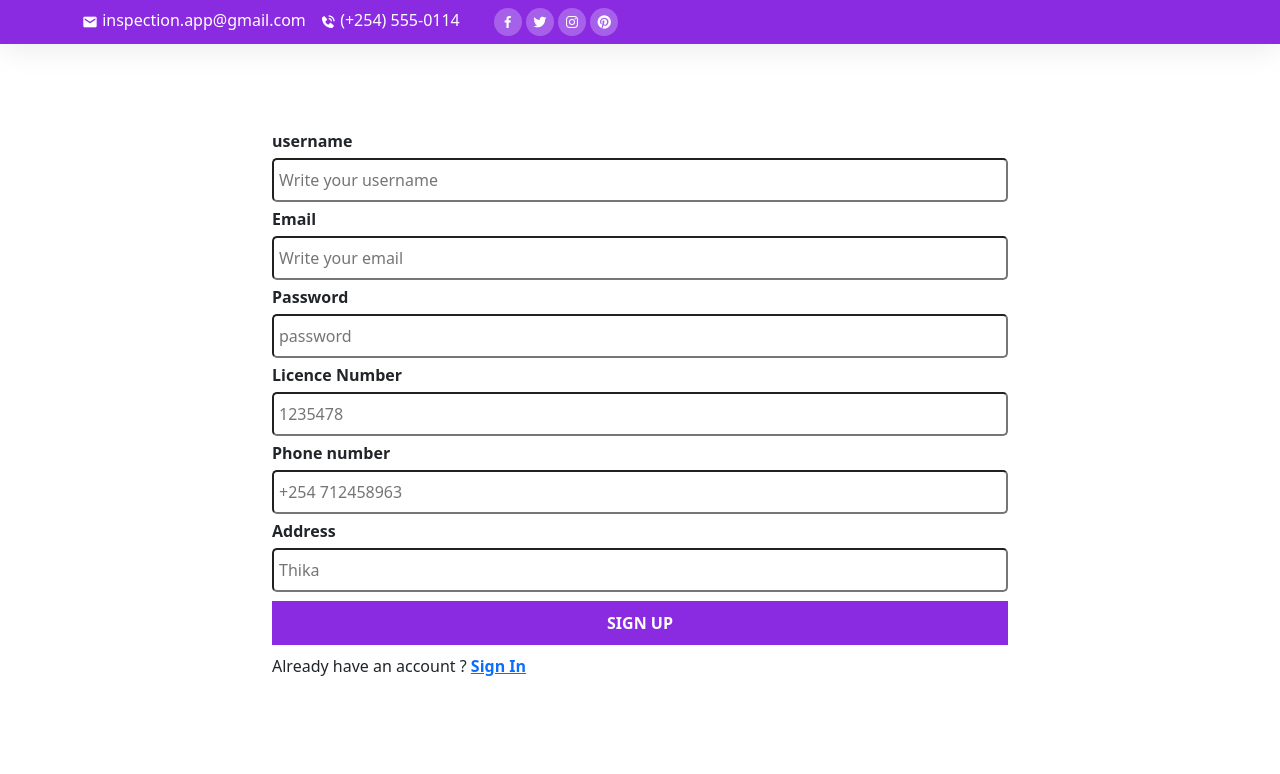
Repository: NDISHAW/Inspectionapp-rails
Page: public/signup.html
These files come from the project's save history. The page is drawn as it stood at one moment and after the next save; the edit follows.
The browser window is 1280 px wide. The pictures show the whole page.

Above is the page before, as saved 2022-10-09 04:18:48.

### public/signup.html
<!DOCTYPE html>
<html lang="en">
  <head>
    <meta charset="UTF-8" />
    <meta http-equiv="X-UA-Compatible" content="IE=edge" />
    <meta name="viewport" content="width=device-width, initial-scale=1.0" />
    <title>Sign up</title>
    <link rel="stylesheet" href="css/style.css">
    <link rel="stylesheet" href="css/bootstrap.min.css">
    <link rel="stylesheet" href="css/owl.carousel.min.css">
    <link rel="stylesheet" href="css/owl.theme.default.min.css">
    <link href='https://unpkg.com/boxicons@2.1.1/css/boxicons.min.css' rel='stylesheet'>

    <script src="/js/axios/dist/axios.min.js"></script>
  </head>
  <body data-bs-spy="scroll" data-bs-target=".navbar" data-bs-offset="70">


      <!-- TOP NAV -->
      <div class="top-nav navbar" id="home">
          <div class="container">
              <div class="row justify-content-between">
                  <div class="col-auto">
                      <p> <i class='bx bxs-envelope'></i> inspection.app@gmail.com</p>
                      <p> <i class='bx bxs-phone-call'></i> (+254) 555-0114</p>
                  </div>
                  <div class="col-auto social-icons">
                      <a href="#"><i class='bx bxl-facebook'></i></a>
                      <a href="#"><i class='bx bxl-twitter'></i></a>
                      <a href="#"><i class='bx bxl-instagram'></i></a>
                      <a href="#"><i class='bx bxl-pinterest'></i></a>
                  </div>
              </div>
          </div>
      </div>
    <section id="about">
      <div class="container">
    <div class="row justify-content-center">
      <div class="col-8">
      <!-- username  -->
      <div class="username">
        <label for="username">username</label>
        <input
          type="username"
          name="username"
          id="username"
          placeholder="Write your username"
        />
      </div>
      <!-- Email  -->
      <div class="email">
        <label for="email">Email</label>
        <input
          type="email"
          name="email"
          id="email"
          placeholder="Write your email"
        />
      </div>
      <!-- passWord -->
      <div class="pass">
        <label for="password">Password</label>
        <input
          type="password"
          name="password"
          id="password"
          placeholder="password"
        />
      </div>
      <!-- licence_no -->
      <div class="pass">
        <label for="licence_no">Licence Number</label>
        <input
          name="licence_no"
          id="licence_no"
          placeholder="1235478"
        />
      </div>

      <!-- phone -->
      <div class="pass">
        <label for="phone">Phone number</label>
        <input
          name="phone"
          id="phone"
          placeholder="+254 712458963"
        />
      </div>

      <!-- address -->
      <div class="pass">
        <label for="address">Address</label>
        <input
          type="address"
          name="address"
          id="address"
          placeholder="Thika"
        />
      </div>
      <!-- Rails button -->
      <!-- <button id="submit-btn" onclick="rails()">Rails test</button> -->
      <!-- Sign Up button -->
      <button id="submit-btn" onclick="signUp();">Sign Up</button>
      <!-- Sign In option -->
      <p>Already have an account ?</p>
      <span><a href="signIn.html">Sign In</a></span>
    </div>
    </div>
    </div>
    </section>
  </div>
    <script src="main.js"></script>
  </body>
</html>

### public/css/style.css
@import url('https://fonts.googleapis.com/css2?family=Barlow:wght@400;500;600;700&display=swap');

:root {
    --brand: blueviolet;
    --dark: #092032;
    --body: #516171;
    --border: rgba(0,0,0,0.08);
    --shadow: 0px 6px 30px rgba(0, 0, 0, 0.08);

}

body {
    font-family: "Barlow", sans-serif;
    color: var(--body);
    line-height: 1.7;
}

h1,h2,h3,h4,h5,h6,
.display-1,.display-2,.display-3,.display-4 {
    font-weight: 700;
    color: var(--dark);
}

.bg-cover {
    background-size: cover;
    background-position: center;
    background-repeat: no-repeat;
}

img {
    width: 100%;
}

a {
    color: var(--dark);
    transition: all 0.4s ease;
    font-weight: 500;
}

a:hover {
    color: var(--brand);
}

section {
    padding-top: 80px;
    padding-bottom: 80px;
}

.text-brand {
    color: var(--brand) !important;
}


.hero-slider .owl-prev,
.hero-slider .owl-next{
    background-color: rgba(255, 255, 255, 0.3) !important;
    width: 60px !important;
    height: 60px !important;
    display: block;
    display: grid;
    place-items: center;
    color: #fff !important;
    border-radius: 100px;
    line-height: 0;
    border-radius: 100px !important;
    position: absolute;
    top: 50%;
    font-weight: 600 !important;
    font-size: 12px !important;
    transition: all 0.4s ease;
    margin-top: -30px !important;
}

.owl-prev {
    left: 0;
}
.owl-next {
    right: 0;
}

.hero-slider .owl-prev:hover,
.hero-slider .owl-next:hover {
    background-color: var(--brand) !important;
}

.owl-dot.active span{
    background-color: var(--brand) !important;
}


 /* slide */
 .slide {
     min-height: 100vh;
     display: flex;
     align-items: center;
     justify-content: center;
     position: relative;
}

.slide1 {
    background: linear-gradient(rgba(0, 0, 0, 0.4), rgba(0, 0, 0, 0.4)), url(../img/mec2.jpg);
    background-size: cover;
    background-position: center;
    background-repeat: no-repeat;
}

.slide2 {
    background: linear-gradient(rgba(0, 0, 0, 0.4), rgba(0, 0, 0, 0.4)), url(../img/world3.jpg);
    background-size: cover;
    background-position: center;
    background-repeat: no-repeat;
}

.slide .display-3 {
    text-transform: uppercase;
    color: #fff;
}

/* navbar */
.top-nav {
    background-color: var(--brand);
    color: #fff;
    padding-top: 5px;
    padding-bottom: 5px;
}

.top-nav p {
    display: inline-block;
    margin-bottom: 0;
    margin-right: 10px;
}

.top-nav span,
.top-nav i {
    vertical-align: middle;
}

.navbar {
    box-shadow: var(--shadow);
}

.social-icons a {
    width: 28px;
    height: 28px;
    display: inline-flex;
    color: #fff;
    background-color: rgba(255, 255, 255, 0.25);
    text-decoration: none;
    align-items: center;
    justify-content: center;
    border-radius: 100px;
}

.social-icons a:hover {
    background-color: #fff;
    color: var(--brand);
}

.navbar .navbar-nav .nav-link {
    color: var(--dark);
}

.navbar .navbar-nav .nav-link:hover {
    color: var(--brand);
}

.navbar .navbar-nav .nav-link.active {
    color: var(--brand);
}

.navbar-brand {
    font-size: 28px;
    font-weight: 700;
}

.navbar-brand .dot {
    color: var(--brand);
}

.btn {
    padding: 8px 26px;
}

.btn-brand {
    border-color: var(--brand);
    background-color: var(--brand);
    color: #fff;
}

.btn-brand:hover {
    background-color: #d64022;
    border-color: #d64022;
    color: #fff;
}

.intro {margin-bottom: 36px;
text-align: center;}

.intro p {
    max-width: 500px;
}
.intro h6{
    color: var(--brand);
    font-weight: 400;
    text-transform: uppercase;
}

.intro h1 {
    margin-top: 15px;
    margin-bottom: 15px;
}

.info-box {
    align-items: center;
    display: flex;
}

.info-box img {
    width: 90px;
}


#milestone {
    background: linear-gradient(rgba(136, 42, 143, 0.85), rgba(48, 181, 123, 0.85)), url(../img/inspe.jpg);
    background-size: cover;
    background-position: center;
    background-repeat: no-repeat;
}

#milestone h1,
#milestone p {
    color: #fff;
}

.service {
    padding: 32px;
    background-color: #fff;
    box-shadow: var(--shadow);
}

.service h5 {
    margin-top: 24px;
    margin-bottom: 14px;
}

.service img {
    width: 90px;
}


.project {
    position: relative;
    overflow: hidden;
    z-index: 2;
}

.project h6 {
    font-weight: 400;
}

.project h6::before {
    content: "";
    height: 2px;
    width: 30px;
    display: inline-block;
    background: var(--brand);
    vertical-align: middle;
    margin-right: 10px;
}


.project .overlay {
    width: 100%;
    height: 220px;
    position: absolute;
    bottom: 0;
    left: 0;
    background: linear-gradient(180deg, rgba(255, 76, 41, 0) 0%, var(--dark) 100%);
}

.project .content {
    position: absolute;
    left: 10%;
    bottom: 10%
}

.project h2,
.project h6 {
    color: #fff;
}

.team-member {
    text-align: center;
}

.team-member .image{
    position: relative;
    z-index: 2;
    overflow: hidden;
}

.team-member .overlay {
    width: 100%;
    height: 100%;
    position: absolute;
    left: 0;
    top: -10%;
    background-color: rgba(255, 77, 41, 0.7);
    opacity: 0;
    transition: all 0.4s ease;
}

.team-member h5 {
    margin-top: 16px;
    margin-bottom: 4px;
}

.team-member .social-icons {
    position: absolute;
    top: 60%;
    left: 50%;
    transform: translate(-50%, -50%);
    z-index: 2;
    opacity: 0;
    transition: all 0.4s ease;
}

.team-member .social-icons a {
    width: 40px;
    height: 40px;
}

.team-member:hover .social-icons {
    top: 50%;
    opacity: 1;
}

.team-member:hover .overlay {
    top: 0%;
    opacity: 1;
}

#reviews {

    background: linear-gradient(-90deg, rgba(8, 32, 50, 0.8), rgba(8, 32, 50, 0.8)), url(../img/imago.jpg), #082032;;
    background-size: cover;
    background-position: center;
    background-repeat: no-repeat;
}

.review {
    text-align: center;
    z-index: 2;
    position: relative;
    margin: 15px;
    max-width: 768px;
    margin: auto;
}

.review .bxs-quote-alt-left {
    font-size: 120px;
    position: absolute;
    opacity: 0.1;
    left: 50%;
    top: 50%;
    transform: translate(-50%, -50%);
    color: #fff;
}

.review img {
    width: 80px !important;
    height: 80px;
    border-radius: 100px;
    margin: auto;
}

.review h5 {
    margin-top: 16px;
    margin-bottom: 4px;
    color: #fff;
}

.review h3 {
    margin-top: 26px;
    margin-bottom: 26px;
    font-size: 22px;
    color: #fff;
    font-weight: 400;
    line-height: 1.7;
}

.review small {
    color: var(--brand);
}

.review .stars {
    color: var(--brand);
}

.blog-post {
    position: relative;
    background-color: #fff;
    box-shadow: var(--shadow);
}

.blog-post .content {
    padding: 32px;
}

.blog-post a {
    position: absolute;
    top: 20px;
    left: 20px;
    background-color: var(--brand);
    padding: 2px 12px;
    border-radius: 100px;
    text-decoration: none;
    color: #fff;
}

.blog-post h5 {
    margin-top: 12px;
    margin-bottom: 12px;
}

.blog-post small {
    text-transform: uppercase;
    color: var(--brand);
    text-decoration: underline;
}

footer {
    background: linear-gradient(0deg, rgba(8, 32, 50, 0.9), rgba(8, 32, 50, 0.9)), url(../img/teammech.jpg), #082032;;
    background-size: cover;
    background-position: center;
    background-repeat: no-repeat;
}

footer .footer-top {
    padding-top: 80px;
    padding-bottom: 40px;
}

.footer-bottom {
    border-top: 1px solid rgba(255, 255, 255, 0.1);
    padding-bottom: 20px;
    padding-top: 20px;
}

footer .navbar-brand {
    color: #fff;
}

footer p {
    color: #ADB3B9;
}

footer .social-icons a {
    width: 50px;
    height: 50px;
    font-size: 20px;
    margin-left: 4px;
    margin-right: 4px;
}

.loader {
    min-height: 100vh;
    display: flex;
    align-items: center;
    justify-content: center;
    background-color: red;
    z-index: 99999;
    position: fixed;
    left: 0;
    right: 0;
}


input.form-control {
    border-color: transparent;
    height: 44px;
}

.form-control {
    background-color: rgba(0, 0, 0, 0.04);
    border-color: rgba(0, 0, 0, 0.04);;
}

.form-control:focus {
    box-shadow: none;
    border-color: var(--brand);
}
.form {
    width: 400px;
    border-radius: 5px;
    background-color: white;
    height:fit-content;
    padding: 5px 10px;
    background-color: #9633FF;
}
label {
    display: block;
    font-weight: bolder;
    margin: 5px 0px;
}

input {
    width: 100%;
    padding: 8px 5px;
    border-radius: 5px;
    margin-bottom: 10px;
}

#submit-btn {
    border: none;
    background-color: blueviolet;
    width: 100%;
    padding: 10px 8px;
    color: white;
    font-weight: bolder;
    text-transform: uppercase;
    cursor: pointer;
    margin: 9px 0px;
}

p {
    font-size: 16px;
    border-radius: 10px;
    cursor: pointer;
    display: inline-block;
}

a {
    text-decoration: none;
    font-weight: bolder;
}


/*@import url(https://fonts.googleapis.com/css?family=Roboto:400,300,500);*/
*:focus {
    outline: none;

}

### public/main.js
// // setting up firebase with our website
// const firebaseApp = firebase.initializeApp({
//         apiKey: "AIzaSyDF9DKF44fhzBzk5fZB5Mk4_21q4Ey2kxQ",
//         authDomain: "inspection-e4bf7.firebaseapp.com",
//         projectId: "inspection-e4bf7",
//         storageBucket: "inspection-e4bf7.appspot.com",
//         messagingSenderId: "94545597565",
//         appId: "1:94545597565:web:9e1d12415061541a4ecd14",
//         measurementId: "G-P207FELWW2"
//       });
// const db = firebaseApp.firestore();
// const auth = firebaseApp.auth();

// Sign up function
// function signUp(){
//     //DOM manupilation
//     const email = document.getElementById("email").value;
//     const password = document.getElementById("password").value;
//     const phone = document.getElementById("phone").value;
//     const licence_no = document.getElementById("licence_no").value;
//     const address = document.getElementById("address").value;
//     console.log(email, password)
//     // firebase code
//     firebase.auth().createUserWithEmailAndPassword(email, password)
//         .then((result) => {
//             // Signed in
//             document.write("You are Signed Up")
//             window.location = "dashboard.html";
//             console.log(result)
//             // ...
//         })
//         .catch((error) => {
//             console.log(error.code);
//             console.log(error.message)
//             // ..
//         });
// }




// Sign In function
// const username = document.getElementById("username").value;
// const password = document.getElementById("password").value;

function signIn() {
    const username = document.getElementById("username").value;
    const password = document.getElementById("password").value;
    // firebase code
    // firebase.auth().signInWithEmailAndPassword(email, password)
    axios
        .post("http://localhost:3000/api/login", {
            password: password,
            username: username,
            // phone: phone,
            // licence_no: licence_no,
            // address: address,
        })
        .then((result) => {
            // Signed in
            document.write("You are Signed In");
            // window.location = "form.html";
            window.location = "dashboard.html";

            console.log(result);
        })
        .catch((error) => {
            console.log(error.code);
            console.log(error.message);
        });
}

function signUp() {
  const username = document.getElementById("username").value;
  const email = document.getElementById("email").value;
  const password = document.getElementById("password").value;const phone = document.getElementById("phone").value;const licence_no = document.getElementById("licence_no").value;const address = document.getElementById("address").value;
  // firebase code
  // firebase.auth().signInWithEmailAndPassword(email, password)
  axios
    .post("http://localhost:3000/api/signup", {
      username: username,
      password: password,
      phone: phone,
      licence_no: licence_no,
      address: address,
      email: email,
    })
    .then((result) => {
      // Signed in
      document.write("You are Signed Up");
      // window.location = "form.html";
      window.location = "dashboard.html";

      console.log(result);
    })
    .catch((error) => {
      console.log(error.code);
      console.log(error.message);
    });
}

Loaded but not shown: public/css/bootstrap.min.css (library); public/css/owl.carousel.min.css (library); public/css/owl.theme.default.min.css (common file); public/js/axios/dist/axios.min.js (library)

After the next save:
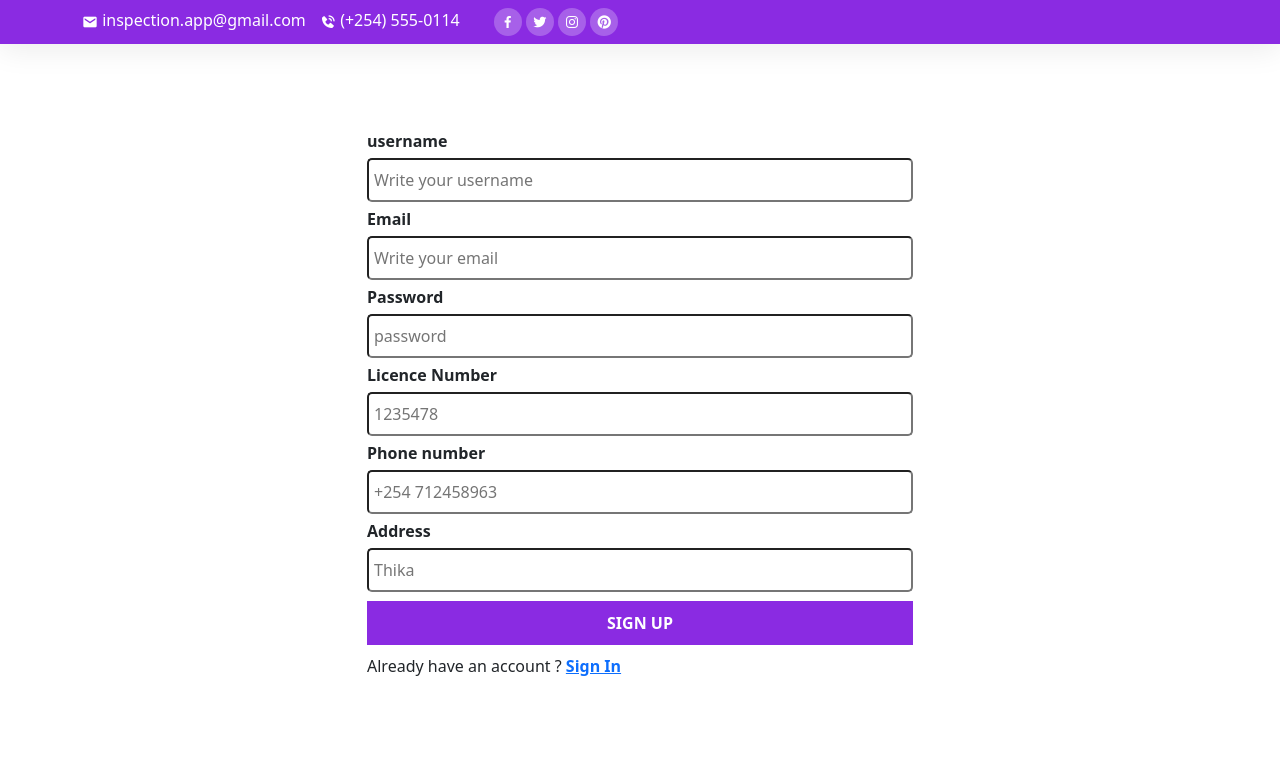
Saved 7 s later.
--- a/public/signup.html
+++ b/public/signup.html
@@ -36,7 +36,7 @@
     <section id="about">
       <div class="container">
     <div class="row justify-content-center">
-      <div class="col-8">
+      <div class="col-6">
       <!-- username  -->
       <div class="username">
         <label for="username">username</label>
